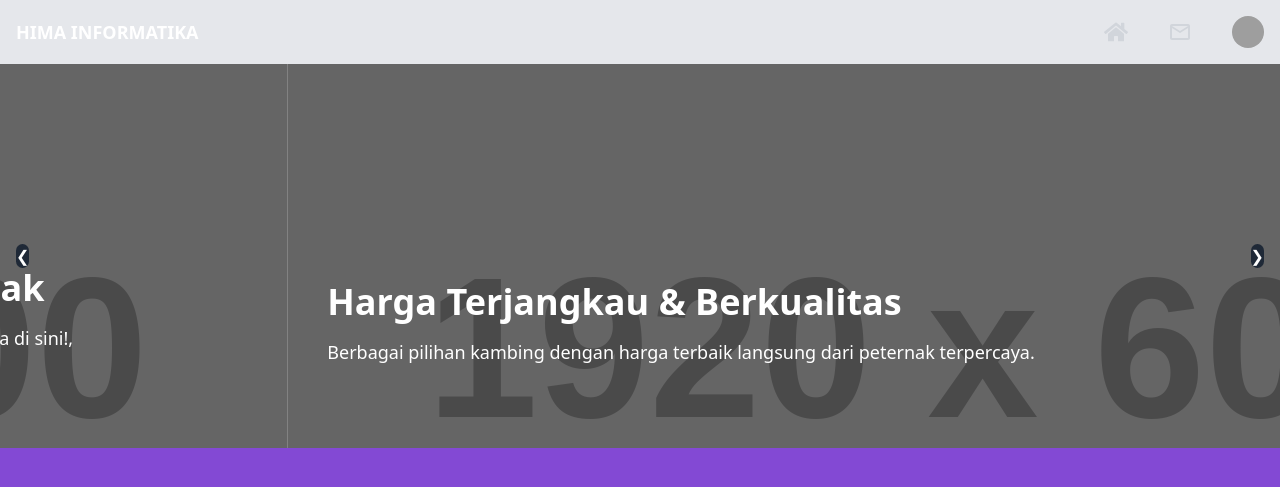
Repository: MUHAMADTEGARWIJAYA/himaif
Page: /
An editor plug-in stored every save of this project. The page is shown before and after the next save, followed by the edit.
The browser window is 1280 px wide. The pictures show the whole page.
Pictures or frames that could not be fetched are drawn as grey boxes. The project was rebuilt for these pictures with package versions that can differ from the ones it lists, and the page was loaded fresh each time. Also part of the build but not shown: vite.config.js.

Above is the page before, as saved 2024-12-21 11:17:47.

### src/main.jsx
import React from 'react'
import ReactDOM from "react-dom/client"
import './index.css'
import App from './App.jsx'
import { BrowserRouter } from 'react-router-dom'

ReactDOM.createRoot(document.getElementById('root')).render(
  <React.StrictMode>
    <BrowserRouter>
    <App />
    </BrowserRouter>
  </React.StrictMode>
);

### src/index.css
@tailwind base;
@tailwind components;
@tailwind utilities;

body{
    background-color: #8349d4;
}

### src/App.jsx
import { Routes, Route } from "react-router-dom";
import Slider from "./pages/Content";
import LandingPage from "./layout/LandingPageLay";

export default function App() {
  return (
    <Routes>
      <Route element={<LandingPage />}>
         <Route path="/" element={<Slider   />}/>
      </Route>
    </Routes>
  );
}

### src/pages/Content.jsx
import { useState, useEffect } from "react";

const Slider = () => {
  const slides = [
    {
      id: 1,
      image: "https://via.placeholder.com/1920x600", // Ganti dengan URL gambar
      title: "Mudah & Transparan! Kambing Langsung dari Peternak",
      description:
        "Akses langsung ke peternak, harga transparan, dan kualitas terjamin. Pilih kambing untuk kebutuhan Anda hanya di sini!, jdsudvudvbduvbdvbdiobvbvsudvds",
    },
    {
      id: 2,
      image: "https://via.placeholder.com/1920x600", // Ganti dengan URL gambar
      title: "Harga Terjangkau & Berkualitas",
      description:
        "Berbagai pilihan kambing dengan harga terbaik langsung dari peternak terpercaya.",
    },
    {
      id: 3,
      image: "https://via.placeholder.com/1920x600", // Ganti dengan URL gambar
      title: "Pesan Sekarang, Nikmati Kemudahan",
      description:
        "Proses cepat, aman, dan terintegrasi untuk kebutuhan kambing Anda.",
    },
  ];

  const [currentIndex, setCurrentIndex] = useState(0);

  useEffect(() => {
    const interval = setInterval(() => {
      setCurrentIndex((prevIndex) =>
        prevIndex === slides.length - 1 ? 0 : prevIndex + 1
      );
    }, 5000); // Ganti dengan waktu delay (ms)
    return () => clearInterval(interval);
  }, [slides.length]);

  const prevSlide = () => {
    setCurrentIndex(currentIndex === 0 ? slides.length - 1 : currentIndex - 1);
  };

  const nextSlide = () => {
    setCurrentIndex((currentIndex + 1) % slides.length);
  };

  return (
    <div className="relative w-full h-96 overflow-hidden">
      <div
        className="flex transition-transform duration-1000"
        style={{ transform: `translateX(-${currentIndex * 100}%)` }}
      >
        {slides.map((slide) => (
          <div
            key={slide.id}
            className="w-full h-[600px] flex-shrink-0 relative"
            style={{
              backgroundImage: `url(${slide.image})`,
              backgroundSize: "cover",
              backgroundPosition: "center",
            }}
          >
            <div className="absolute inset-0 bg-black bg-opacity-50 flex flex-col justify-center mb-20 items-start p-10 text-white">
              <h1 className="text-4xl font-bold mb-4">{slide.title}</h1>
              <p className="text-lg">{slide.description}</p>
            </div>
          </div>
        ))}
      </div>
      <button
        onClick={prevSlide}
        className="absolute top-1/2 left-4 -translate-y-1/2 bg-gray-800 text-white rounded-full"
      >
        &#10094;
      </button>
      <button
        onClick={nextSlide}
        className="absolute top-1/2 right-4 -translate-y-1/2 bg-gray-800 text-white rounded-full"
      >
        &#10095;
      </button>
    </div>
  );
};

export default Slider;

### src/layout/LandingPageLay.jsx
import Navbar from '../pages/Navbar';
import { Outlet } from 'react-router-dom';

const LandigPage = () => {
    return (
        <div className='bg-gray-200'>
            <Navbar />
             <Outlet />
         </div>
    );
};

export default LandigPage;

### src/pages/Navbar.jsx
import  { useState, useEffect } from "react";
import { FaHome } from "react-icons/fa";
import { MdOutlineEmail } from "react-icons/md";

const Navbar = () => {
  const [isVisible, setIsVisible] = useState(true);

  useEffect(() => {
    const handleScroll = () => {
      // Check scroll position
      if (window.scrollY > 50) {
        setIsVisible(false); // Hide when scrolled down
      } else {
        setIsVisible(true); // Show when at top
      }
    };

    window.addEventListener("scroll", handleScroll);

    // Cleanup event listener on unmount
    return () => {
      window.removeEventListener("scroll", handleScroll);
    };
  }, []);

  return (
    <div className="relative">
      <div
        className={`flex items-center p-4 bg-transparent justify-between space-x-5 text-white transition-transform duration-300 ${
          isVisible ? "translate-y-0" : "-translate-y-full"
        }`}
      >
        {/* Bagian Kiri */}
        <div className="flex items-center">
          <span className="text-lg font-bold">HIMA INFORMATIKA</span>
        </div>

        {/* Bagian Kanan */}
        <div className="flex items-center relative space-x-10">
          <button className="text-gray-300 hover:text-white">
            <FaHome className="w-6 h-6" />
          </button>
          <button className="text-gray-300 hover:text-white">
            <MdOutlineEmail className="w-6 h-6" />
          </button>
          {/* Avatar */}
          <div className="flex items-center">
            <img
              src="image.jpg" // Gunakan default jika avatar kosong
              alt="User Avatar"
              className="w-8 h-8 rounded-full"
            />
          </div>
        </div>
      </div>
    </div>
  );
};

export default Navbar;

Loaded but not shown: index.html (common file); tailwind.config.js (common file)

After the next save:
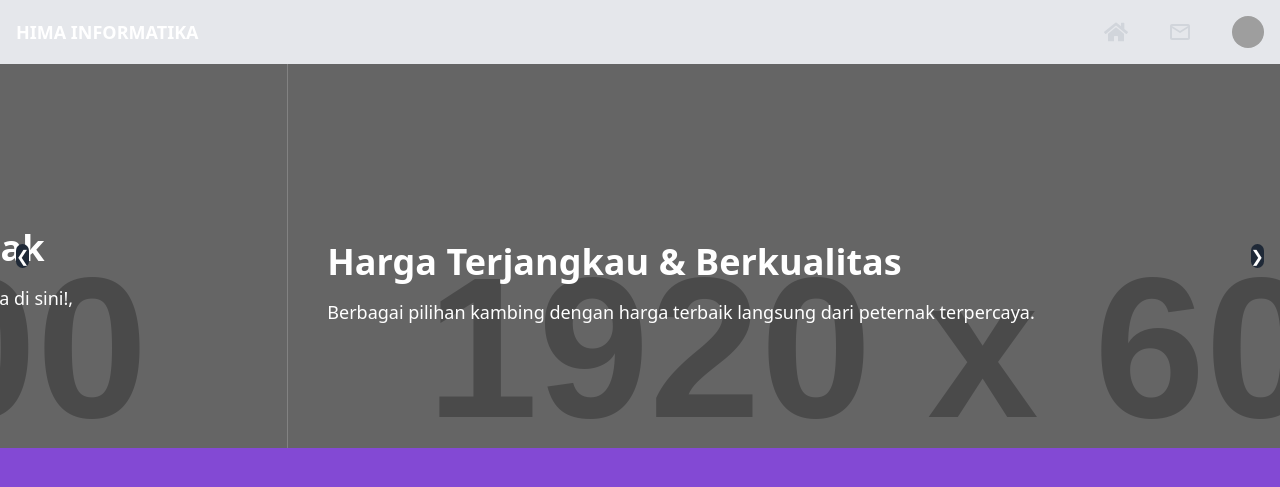
Saved 36 s later.
--- a/src/pages/Content.jsx
+++ b/src/pages/Content.jsx
@@ -60,7 +60,7 @@ const Slider = () => {
               backgroundPosition: "center",
             }}
           >
-            <div className="absolute inset-0 bg-black bg-opacity-50 flex flex-col justify-center mb-20 items-start p-10 text-white">
+            <div className="absolute inset-0 bg-black bg-opacity-50 flex flex-col justify-center mb-40 items-start p-10 text-white">
               <h1 className="text-4xl font-bold mb-4">{slide.title}</h1>
               <p className="text-lg">{slide.description}</p>
             </div>
